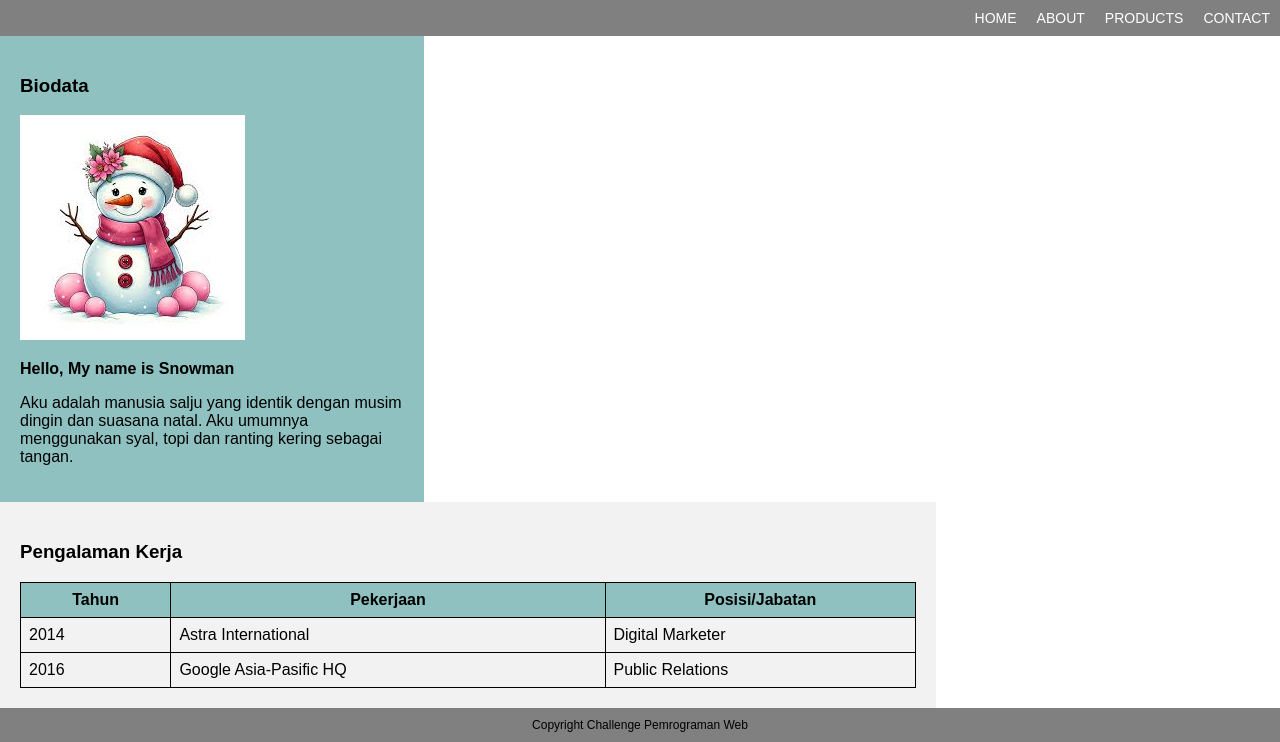
Repository: razitazhr/Pertemuan-6_24.116194
Page: Pertemuan 5/Challenge 5.html
The author's editor kept a copy of each file at every save. The page is drawn from the files as they stood at one save, then again after the next save.
The browser window is 1280 px wide. The pictures show the part of the page from y = 277 to 1019 px (the page is 1019 px tall before and 965 px after).

Above is the page before, as saved 2026-05-03 21:52:03.

After the next save:
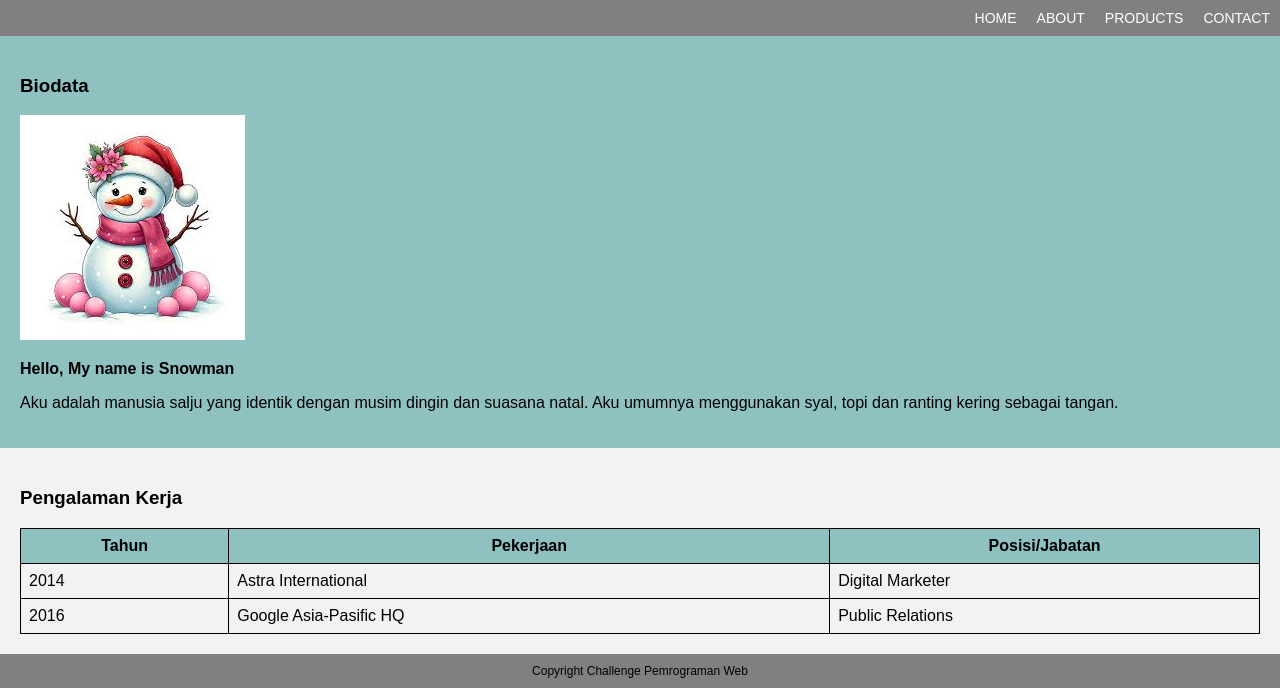
Saved 2 min 18 s later.
--- a/Pertemuan 5/Style.CSS
+++ b/Pertemuan 5/Style.CSS
@@ -39,7 +39,7 @@ body {
     display: flex;
 }
 .biodata {
-    width: 30%;
+    flex: 1;
     background: #8fc1c1;
     padding: 20px;
 }
@@ -49,7 +49,7 @@ biodata img {
     margin-bottom: 10px;
 }
 .pengalaman {
-    width: 70%;
+    flex: 2;
     background: #f2f2f2;
     padding: 20px;
 }
